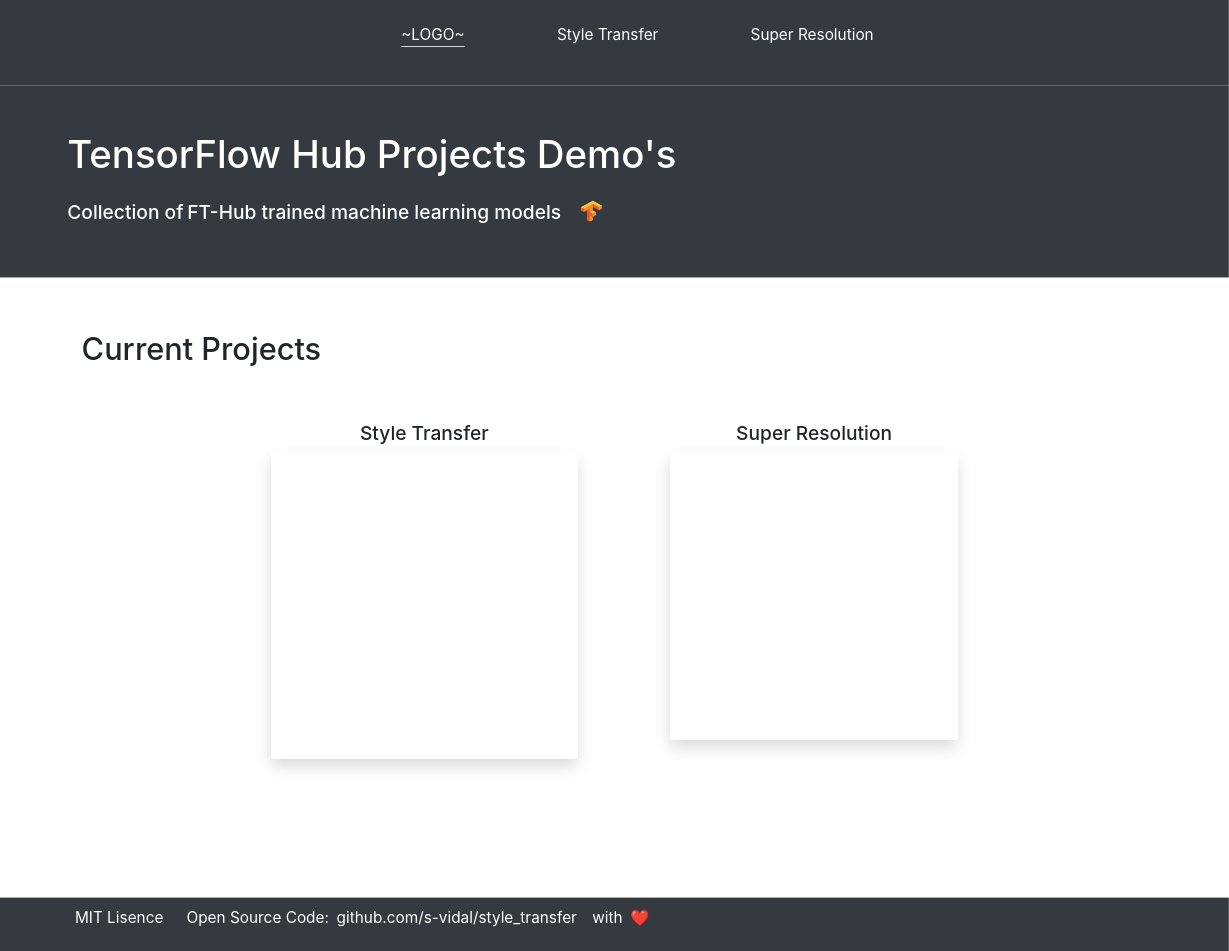
Repository: s-vidal/style_transfer
Page: / (app in client/)
These files come from the project's save history. The page is drawn as it stood at one moment and after a run of saves; the edit follows.
The browser window is 1280 px wide. The pictures show the whole page, at 96% of full size.
The pointer rests on the first visible `.home-item`.
The page's requests for data from a server got no answer. The project was rebuilt for these pictures with package versions that can differ from the ones it lists, and the page was loaded fresh each time. A package was used in the major version that the imports need, not the one package.json lists. No one was signed in, and anything a server would have sent is missing. Also part of the build but not shown: client/src/components/DropZone.jsx, client/src/lib/api.js, client/src/components/Inference.jsx, client/src/components/Header.jsx, client/src/pages/StyleTransfer.jsx, client/src/pages/SuperResolution.jsx.

Above is the page before, as saved 2020-09-30 14:32:32.

After the next 2 saves:
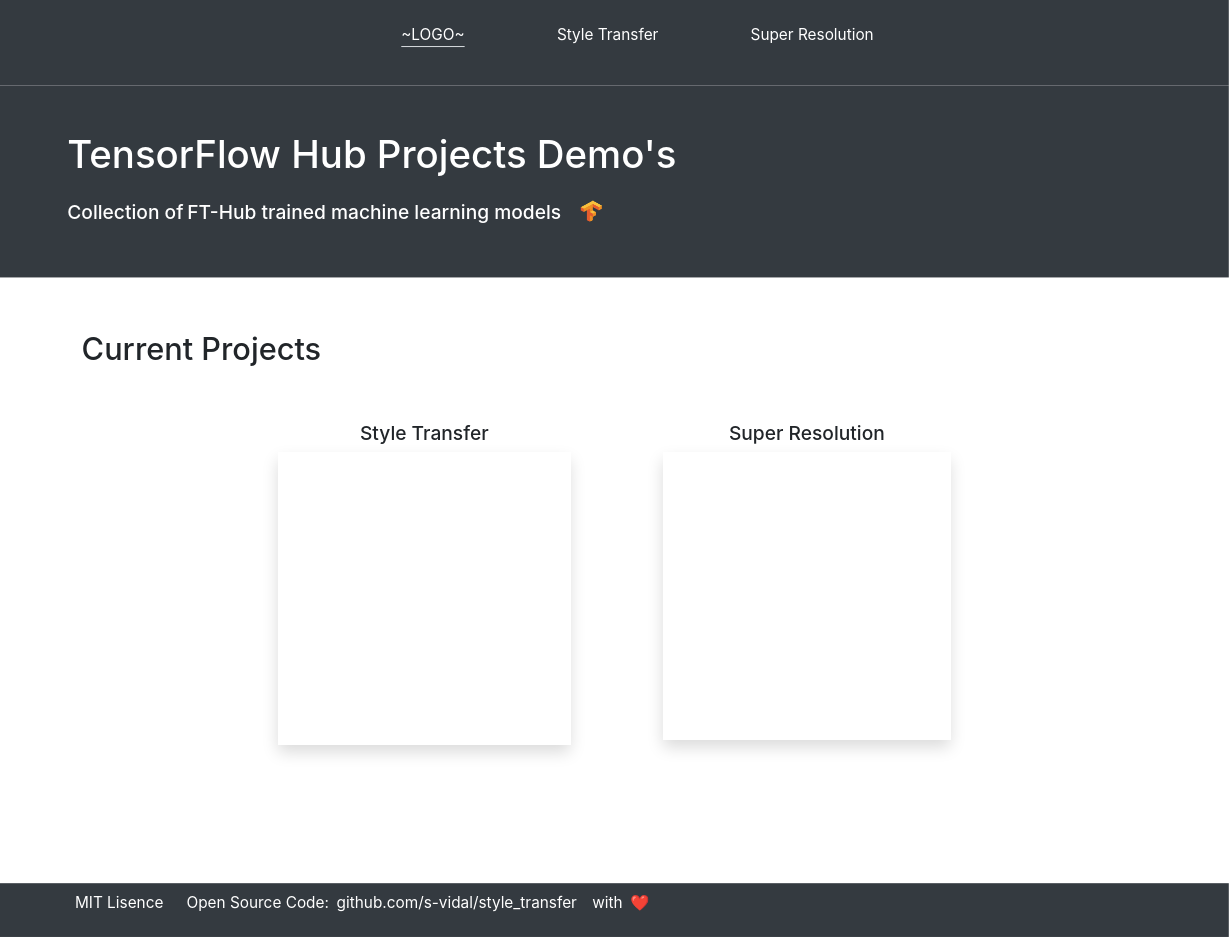
The 2 saves are shown as one change because they came seconds apart.
The last was saved 19 s later.
--- a/client/src/components/HomePage.css
+++ b/client/src/components/HomePage.css
@@ -4,6 +4,6 @@
 }
 .home-item:hover {
   cursor: pointer;
-  min-width: 320px;
-  min-height: 320px;
+  min-width: 305px;
+  min-height: 305px;
 }
